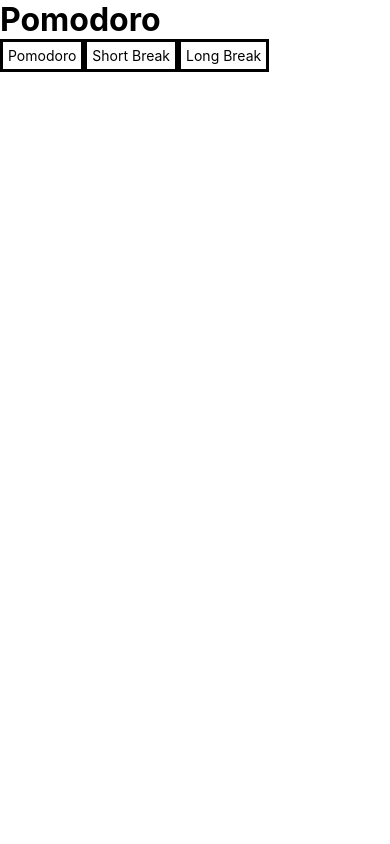
Repository: rchavarria77/pomodoro-app
Screen: /
These files come from the project's save history. The screen is drawn as it stood at one moment and after the next save; the edit follows.
The app was drawn by React Native's web renderer in a window 390 px wide. The project was rebuilt for these pictures with package versions that can differ from the ones it lists, and the page was loaded fresh each time.

Above is the screen before, as saved 2024-02-01 00:45:23.

After the next save:
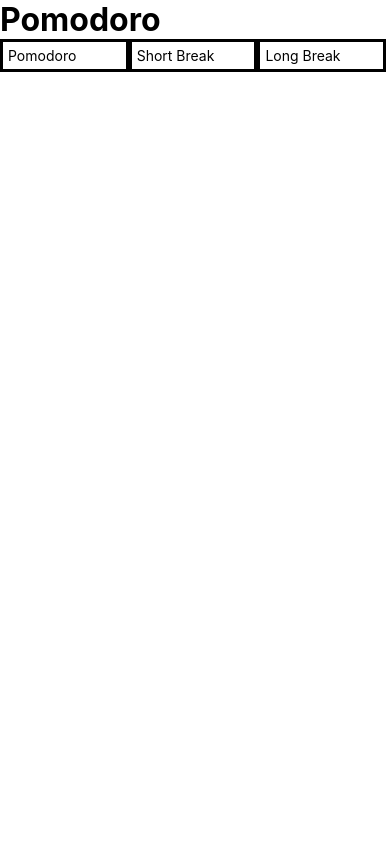
Saved 26 s later.
--- a/src/components/Header.jsx
+++ b/src/components/Header.jsx
@@ -16,6 +16,7 @@ export const Header = ({ time }) => {
 
 const styles = StyleSheet.create({
   itemStyle: {
+    width: '33%',
     borderWidth: 3,
     padding: 5,
   },
